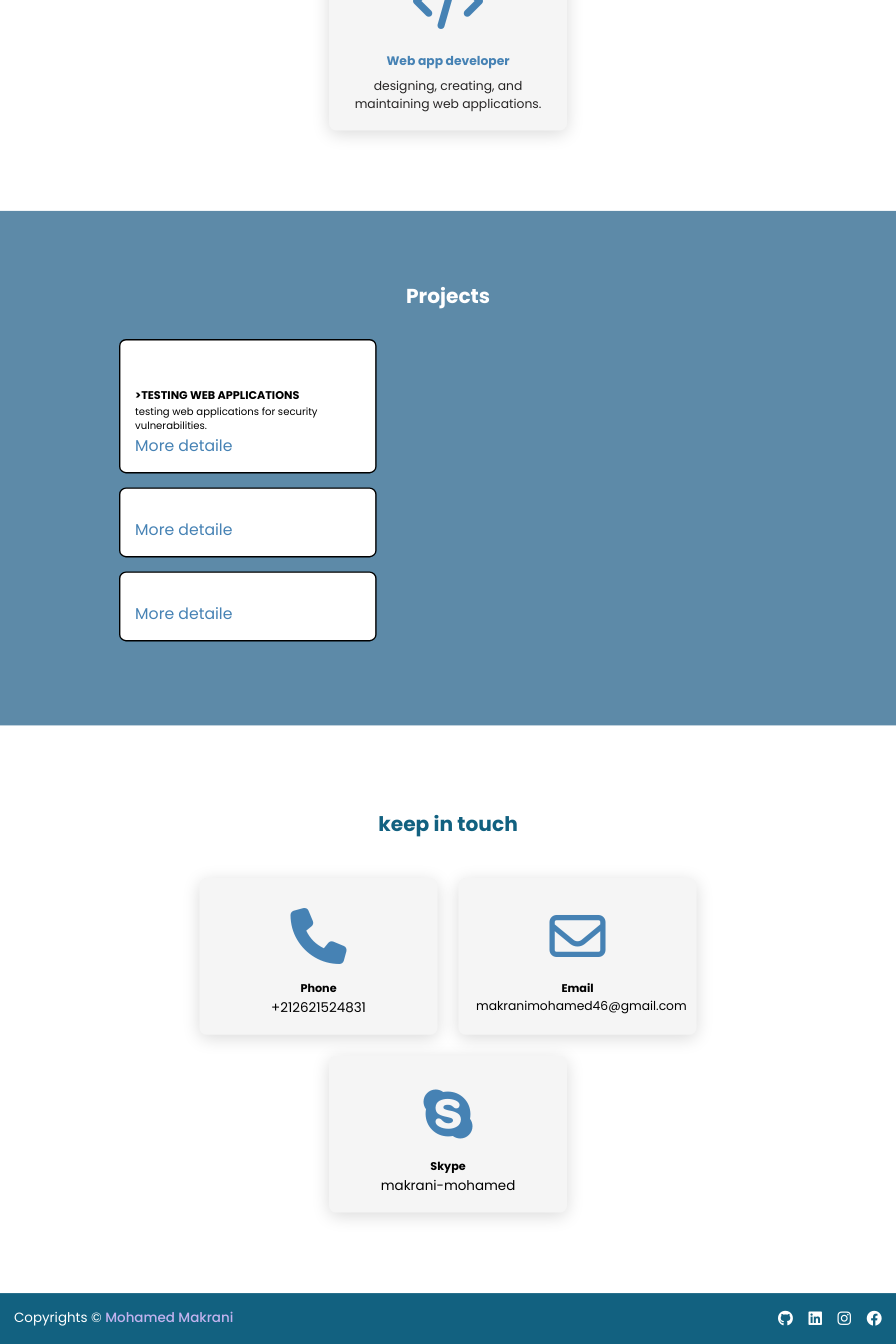
Repository: mohamed-makrani/Portfolio
Page: indixe.html
An editor plug-in stored every save of this project. The page is shown before and after the next save, followed by the edit.
The browser window is 1280 px wide. The pictures show the part of the page from y = 1376 to 3296 px (the page is 3296 px tall before and 3216 px after), at 70% of full size.
Backgrounds fixed to the window are drawn as part of the page.

Above is the page before, as saved 2023-09-18 14:33:38.

After the next save:
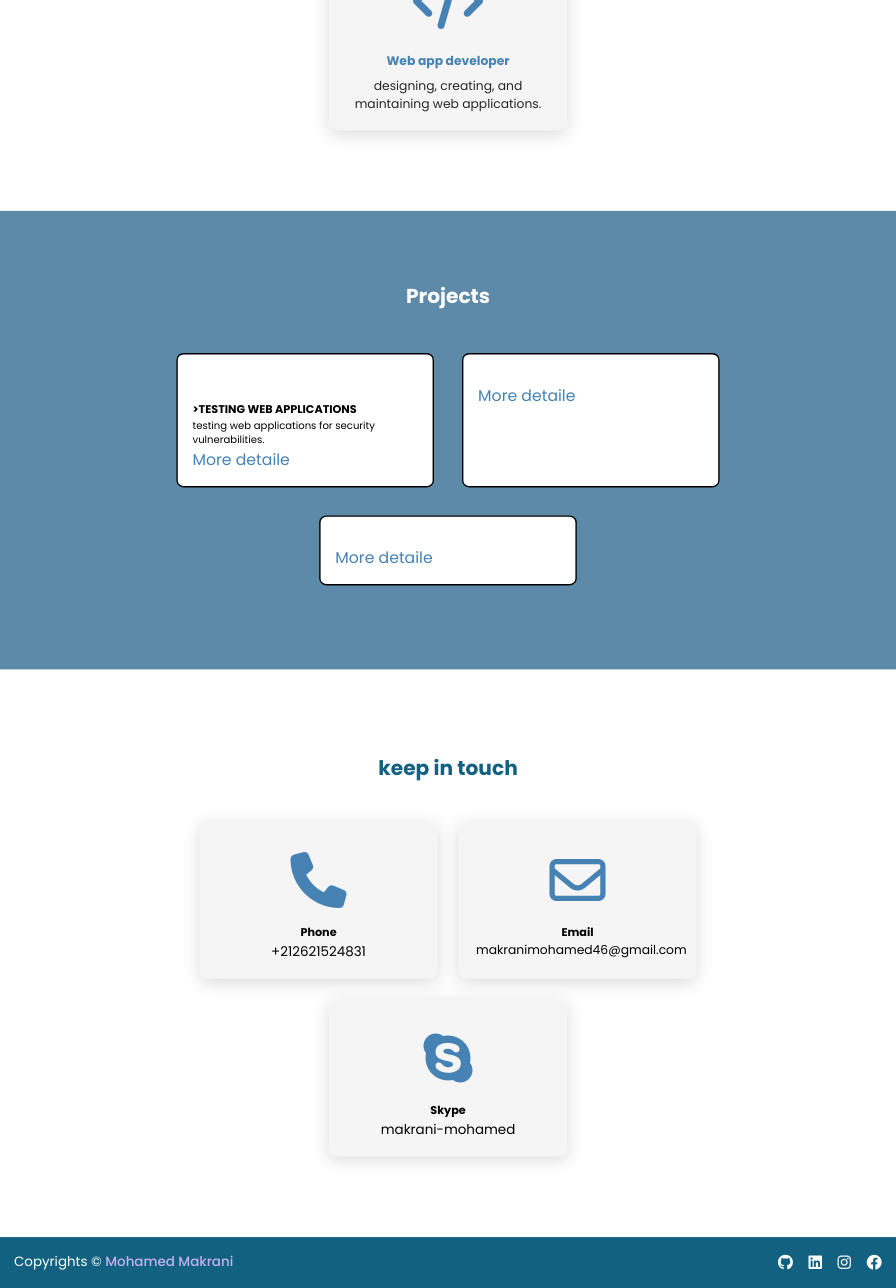
Saved 97 s later.
--- a/style.css
+++ b/style.css
@@ -172,17 +172,17 @@ transition: 0.7s ease;
    margin-bottom: 40px;
 
 }
-/*.project-content{
+.project-content{
 
    display: flex;
    justify-content: center;
    flex-direction: row;
    flex-wrap: wrap;
-}*/
-
- .projects.project-content{
+}
+
+ /*.projects.project-content{
    margin-top: 30px;
- }
+ }*/
 .project-card{
 
    background-color: white;
